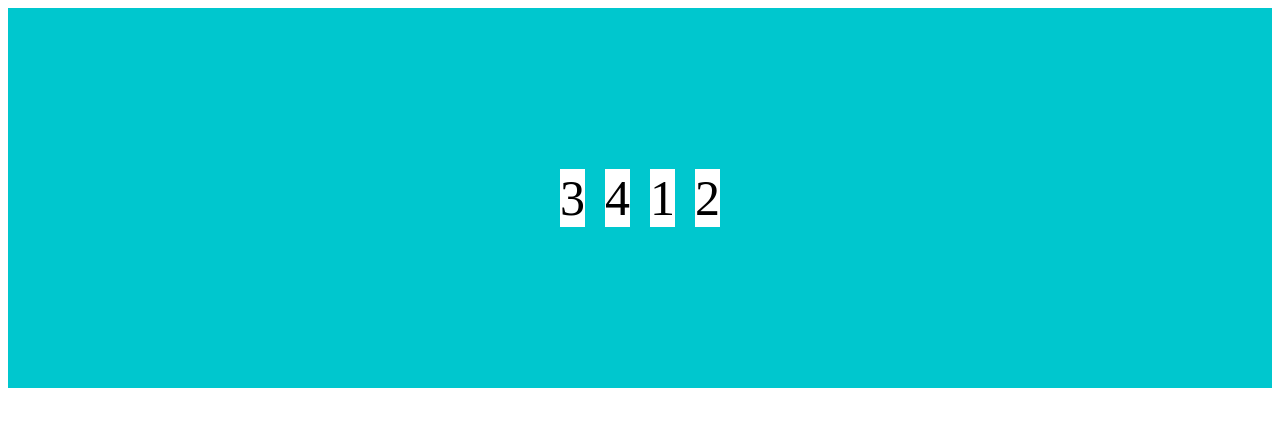
Repository: kiruha313/DWC
Page: flex/flex.html
The author's editor kept a record of every edit. The page is drawn from the files as they stood at one moment, then again after the next edit.
The browser window is 1280 px wide. The pictures show the whole page.

Above is the page before.

After the next edit:
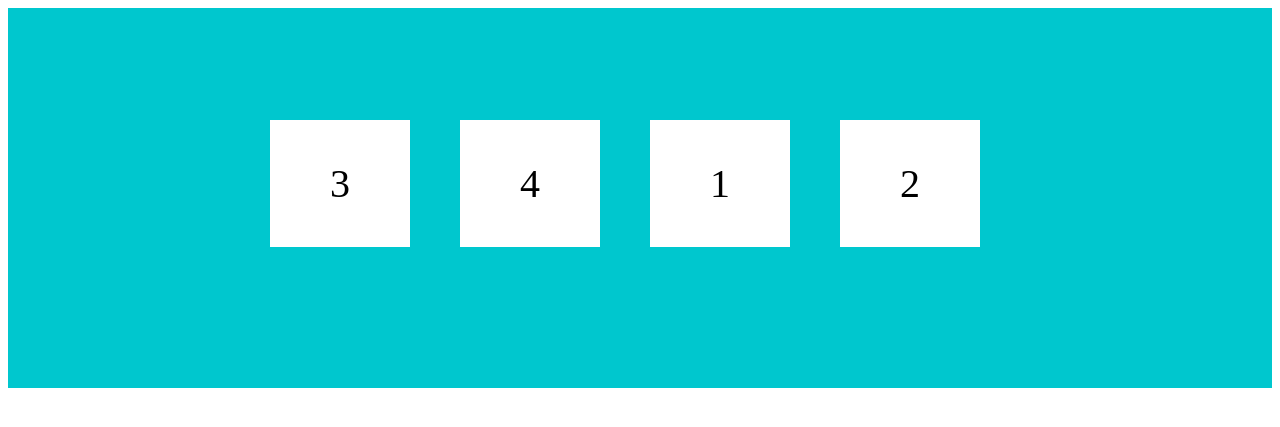
The edit:
--- a/flex/style.css
+++ b/flex/style.css
@@ -9,9 +9,9 @@
 }
 .flex > div {
   background-color: #fff;
-
-  margin: 10px;
-  font-size: 50px;
+  margin: 10px 40px 40px 10px;
+  padding: 40px 60px 40px 60px;
+  font-size: 40px;
 }
 
 .flex > div:nth-child(1) {
